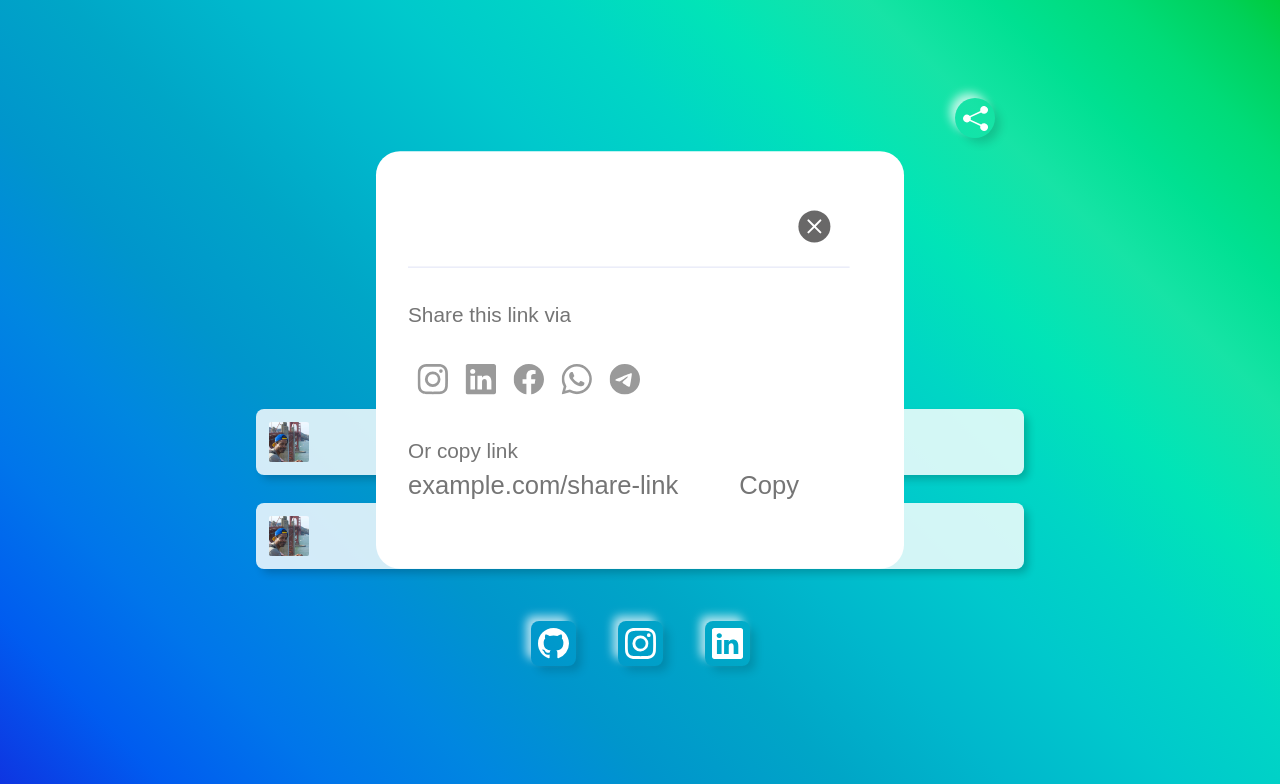
Repository: MateLaDBrouille97/linktree
Page: /
An editor plug-in stored every save of this project. The page is shown before and after the next save, followed by the edit.
The browser window is 1280 px wide. The pictures show the whole page.
The project was rebuilt for these pictures with package versions that can differ from the ones it lists, and the page was loaded fresh each time. The framework's server and built-in components were replaced by stand-ins that run in the browser. Also part of the build but not shown: next.config.js, styles/Home.module.css, styles/scrollup.css.

Above is the page before, as saved 2023-01-24 00:38:03.

After the next save:
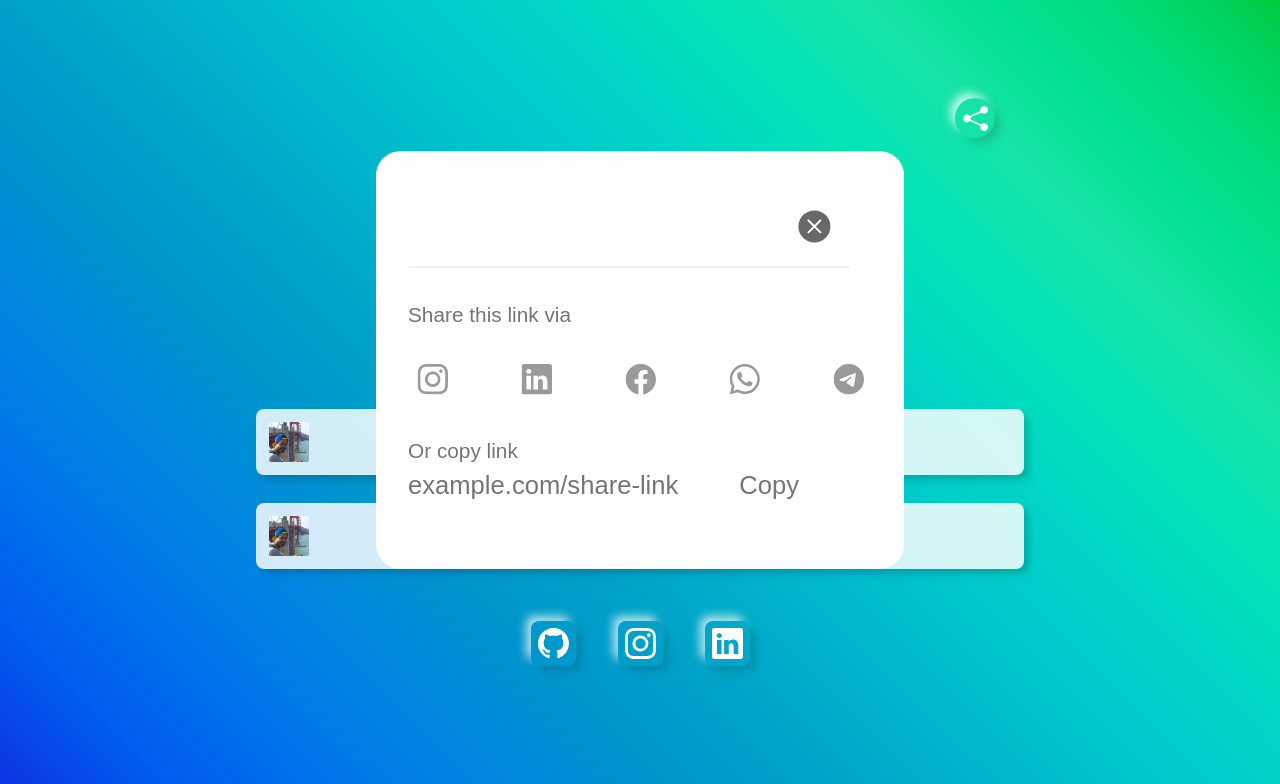
Saved 2 min 6 s later.
--- a/styles/share.css
+++ b/styles/share.css
@@ -81,6 +81,13 @@
   /* justify-content: space-between; */
 }
 
+.modal-share :is( .icons) {
+    display: flex;
+    align-items: center;
+    justify-content: space-between;
+  }
+
+
 .modal-share header {
   padding-bottom: 15px;
   border-bottom: 1px solid #ebedf9;

After the 3 saves that followed:
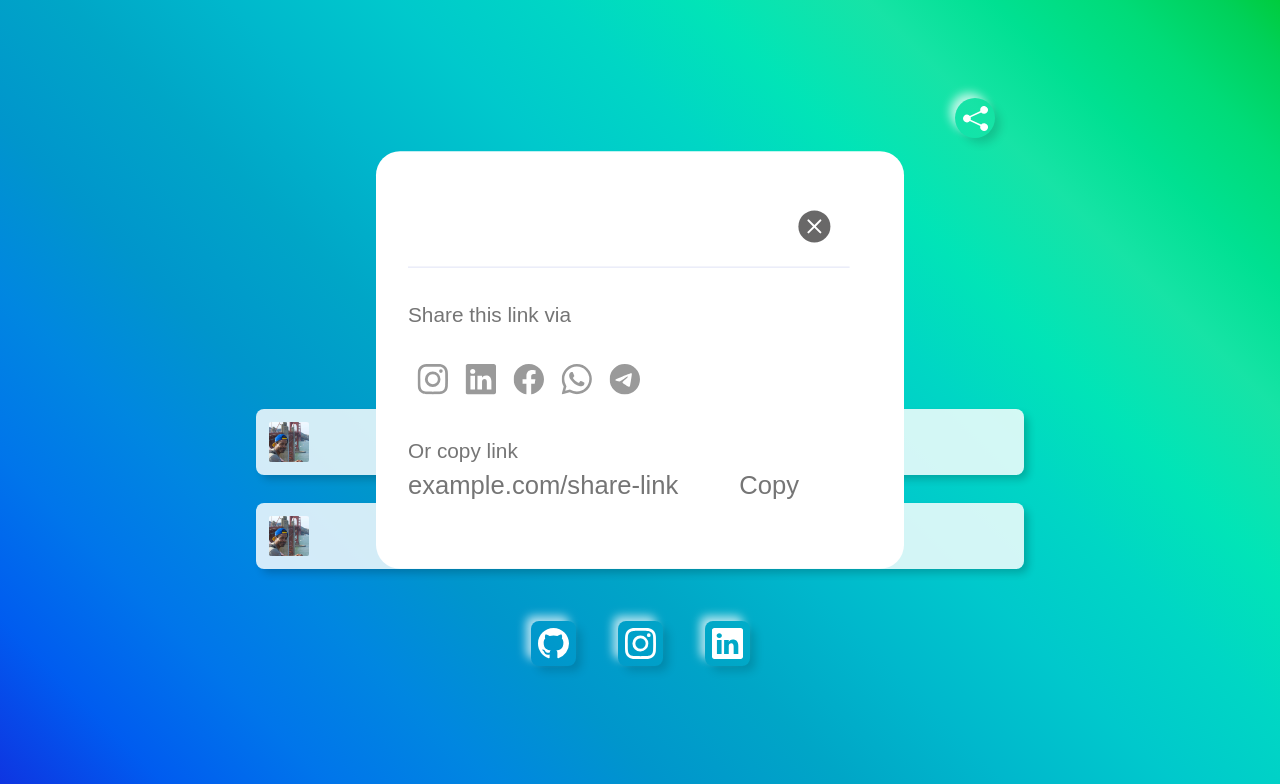
The 3 saves are shown as one change because 2 left the picture as it was.
The last was saved 2 min 53 s later.
--- a/styles/share.css
+++ b/styles/share.css
@@ -75,16 +75,16 @@
   width: 60%;
 }
 
-.modal-share :is(header, .icons) {
+.modal-share :is(header) {
   display: flex;
   align-items: center;
-  /* justify-content: space-between; */
+
 }
 
 .modal-share :is( .icons) {
     display: flex;
     align-items: center;
-    justify-content: space-between;
+    justify-content: space-between 10px;
   }
 
 
